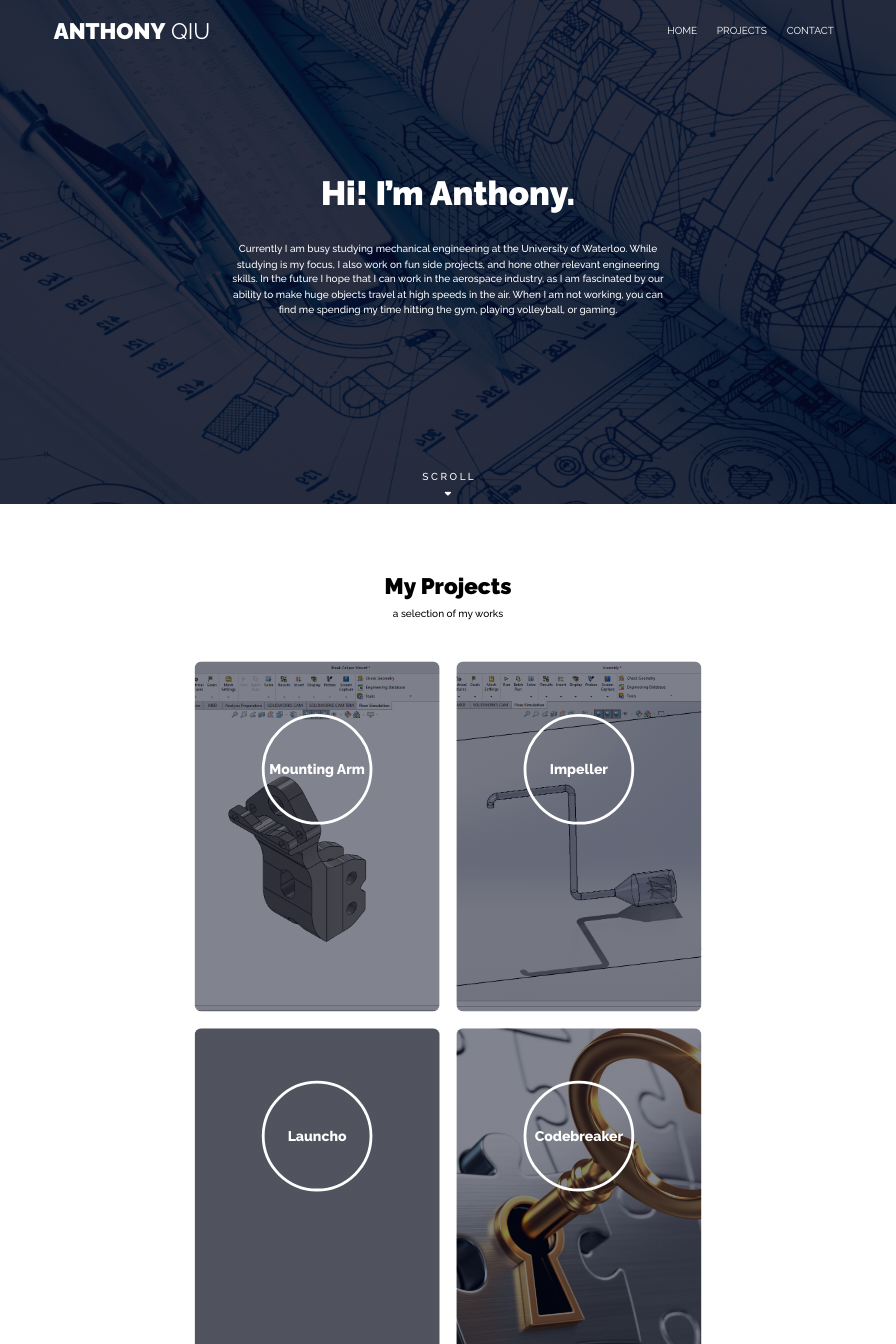
Repository: 7UM1N/anthonyq.github.io
Page: index.html
An editor plug-in stored every save of this project. The page is shown before and after the next save, followed by the edit.
The browser window is 1280 px wide. The pictures show the part of the page from y = 0 to 1920 px (the page is 2797 px tall), at 70% of full size.
Pictures or frames that could not be fetched are drawn as grey boxes.

Above is the page before, as saved 2023-02-28 13:07:34.

After the next save:
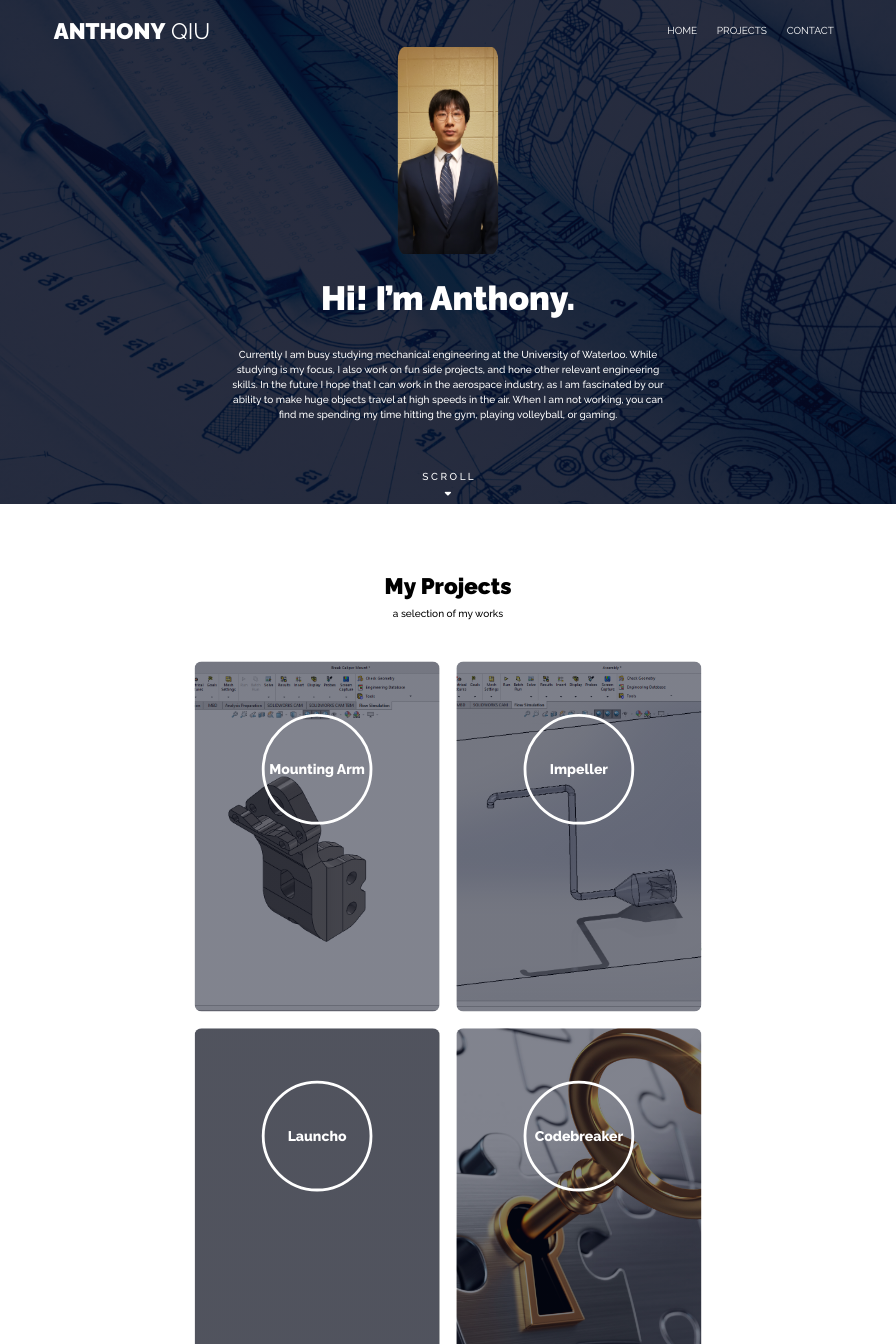
Saved 48 min 45 s later.
--- a/index.html
+++ b/index.html
@@ -40,7 +40,7 @@
                 <i class="fa-solid fa-bars" onclick="showMenu()"></i>
             </nav>
             <div class="text-box">
-                <!--<img src="img/anthonyqiu.jpg">-->
+                <img src="img/Anthony.jpg">
                 <h1>Hi! I’m Anthony.</h1>
                 <p>
                     Currently I am busy studying mechanical engineering at the University of Waterloo. While studying is my focus,
